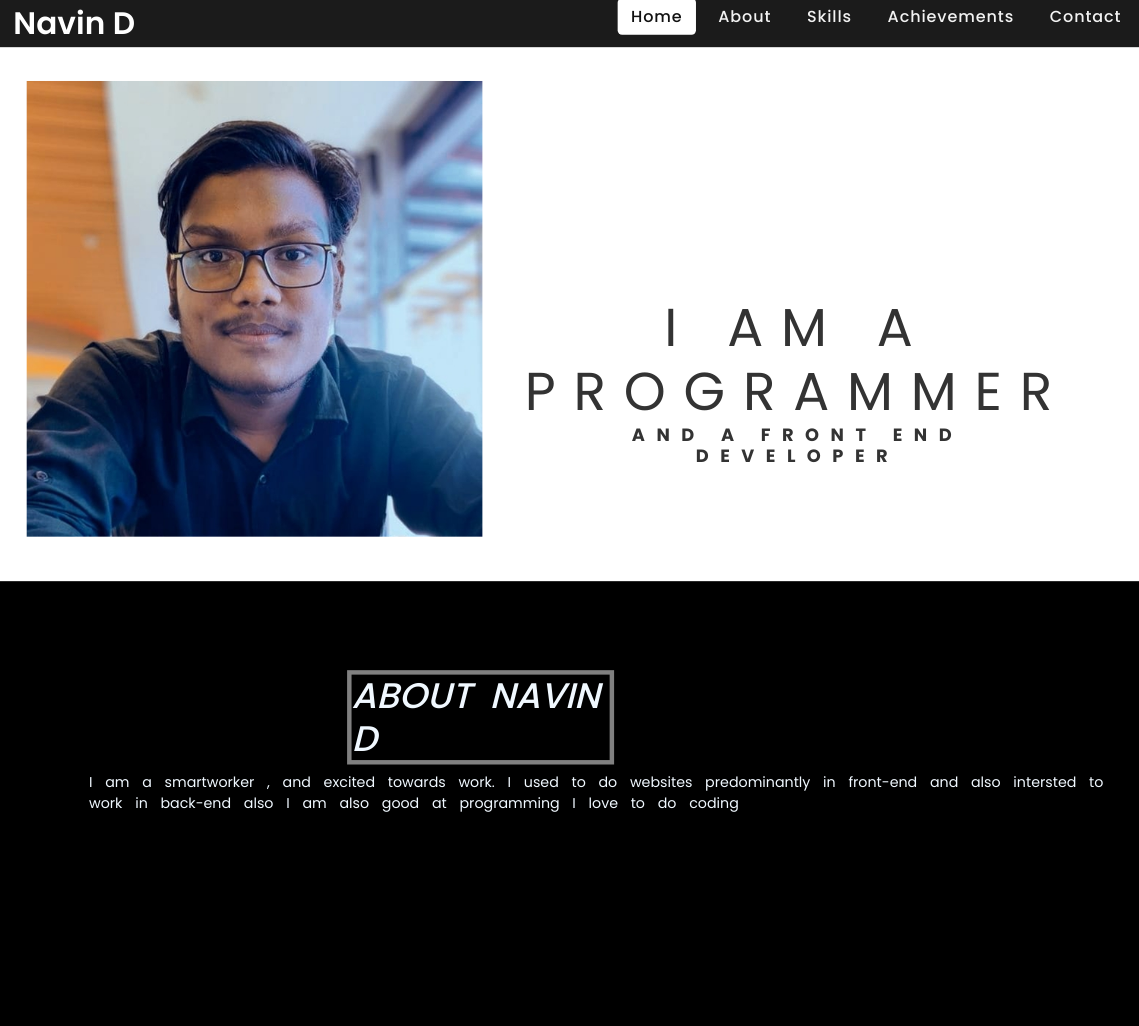
Repository: NavinDayanithi/OIBSIP
Page: Portfolio/index.html
An editor plug-in stored every save of this project. The page is shown before and after the next save, followed by the edit.
The browser window is 1280 px wide. The pictures show the whole page, at 89% of full size.

Above is the page before, as saved 2023-02-20 19:11:30.
Console error: TypeError: Cannot read properties of undefined (reading 'fn')

After the next save:
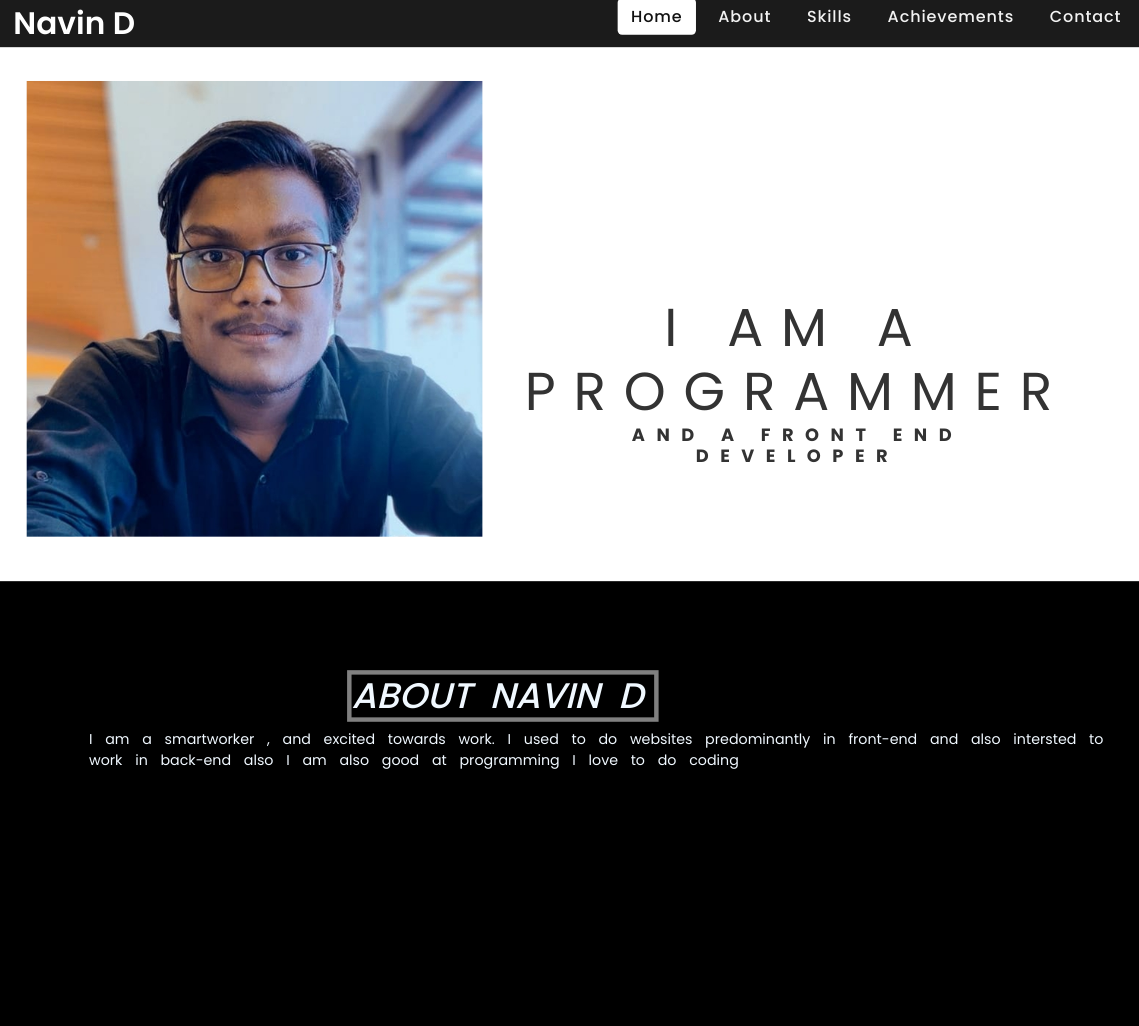
Saved 11 s later.
--- a/Portfolio/style.css
+++ b/Portfolio/style.css
@@ -220,5 +220,5 @@
 .about-text h1{
    margin-left:290px;
   border:5px solid gray;
-  width: 300px;
-}
+  width: 350px;
+}
